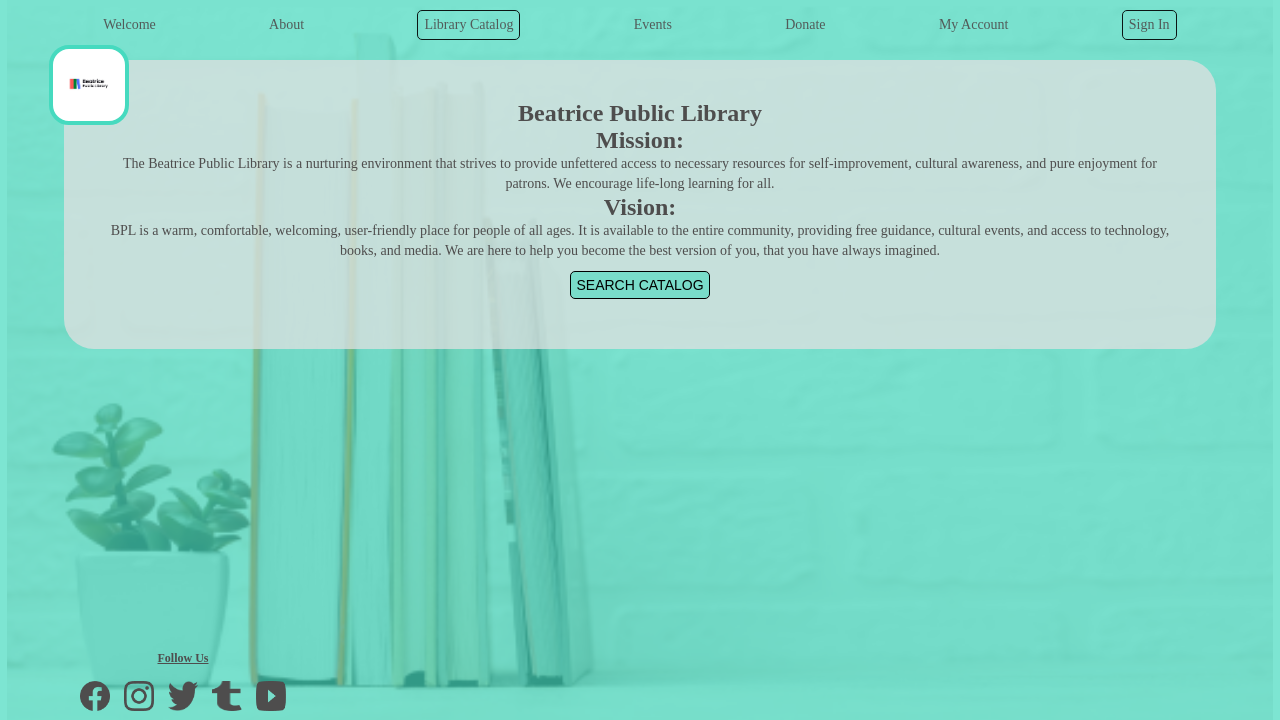
Repository: cokoduwa/RA-Wk5-Library
Page: about.html
The author's editor kept a copy of each file at every save. The page is drawn from the files as they stood at one save, then again after the next save.
The browser window is 1280 px wide. The pictures show the whole page.

Above is the page before, as saved 2023-01-26 20:33:01.

### about.html
<!DOCTYPE html>
<html lang="en">
<head>
    <meta charset="UTF-8">
    <meta http-equiv="X-UA-Compatible" content="IE=edge">
    <meta name="viewport" content="width=device-width, initial-scale=1.0">
    <link rel="stylesheet" href="about.css">
    <title>About The Library</title>
</head>
<body>

    <div class="back-img-2">
        <div class="back-color">
            <nav>
                <div class="menu-options">
                    <a href="index.html">Welcome</a>
                    <a href="#">About</a>
                    <a class="nav-link" href="#">Library Catalog</a>
                    <a href="#">Events</a>
                    <a href="#">Donate</a>
                    <a href="#">My Account</a>
                    <a class="nav-link" href="signin.html">Sign In</a>
                </div>
            </nav>

            <main>
                <div class="sections">

                    <section id="about" class="card">
                        <img id="logo" src="images/BPLcanvaLogo.jpeg" alt="BPL Logo">

                            <h1>Beatrice Public Library</h1>

                            <h2>Mission:</h2>
                            <p>The Beatrice Public Library is a nurturing environment that strives to provide unfettered
                                access to necessary resources for self-improvement, cultural awareness, and pure enjoyment
                                for patrons. We encourage life-long learning for all.</p>

                            <h2>Vision:</h2>
                            <p>BPL is a warm, comfortable, welcoming, user-friendly place for people of all ages. It is
                                available to the entire community, providing free guidance, cultural events, and access to
                                technology, books, and media. We are here  to help you become the best version of you, that
                                you have always imagined.</p>

                            <button>SEARCH CATALOG</button>

                        </section>

                </div>

            </main>

            <footer id="footer">
                <h3>Follow Us</h3>
                <img class="social-media-logos" src="images/facebook.png" alt="Facebook Logo">
                <img class="social-media-logos" src="images/instagram.png" alt="Instagram Logo">
                <img class="social-media-logos" src="images/twitter.png" alt="Twitter Logo">
                <img class="social-media-logos" src="images/tumblr.png" alt="Tumblr Logo">
                <img class="social-media-logos" src="images/youtube.png" alt="YouTube Logo">
            </footer>

        </div>

    </div>

</body>
</html>

### about.css
*{
    padding:0;
    margin:0;
    box-sizing: border-box;
}

body {
    color: #4E4D4D;
    font-family: 'Arial Rounded MT Bold';
    width: 100%;
}

.back-color {
    background-color: rgb(70, 218, 191, 0.7);
    height: 100vh;
}

.back-img-2 {
    height: 100%;
    background-position: center;
    background-size: contain;
    background-image: url("images/books-plant.png");
    background-repeat: no-repeat;

}

/****** Navigation Bar/Menu for all pages ******/
.menu-options{
    display: flex;
    justify-content: space-evenly;
    align-items: center;
    gap: 10px;
    opacity: 0.9;
    padding:10px 0;
}

nav a {
    text-decoration: none;
    color: #4E4D4D;
    font-size: 8px;
}
.nav-link {
    border-radius: 5px;
    border: 1px solid black;
    padding: 6px;
}

/***** Main Sections ******/
.sections {
    width: 90%;
    margin: 0 auto;

}

.card {
    background-color: rgba(224, 224, 224, 0.75);
    position: relative;
    border-radius: 30px;
    margin: 50px 0;
}


/****** First Section - Intro ******/

#about {
    text-align: center;
    padding: 40px;
    margin: 10px auto;
}

/* #about {
    display: flex;
    flex-direction: column;
    justify-content: center;
    align-items: center;
    padding: 0px;
    gap: 20px;
    position: absolute;
    text-align: center;
} */

#about p {
    padding: 10px auto;
    font-size: 12px;
    line-height: 20px;
}

#about h2 {
    font-size: 14px;
}

#about button {
    font-size: 12px;
    padding: 5px;
    margin: 10px auto;
    background-color: rgb(70, 218, 191, 0.6);
    border-radius: 5px;
    border: solid 1px;
}

.intro-img {
    border-radius: 30px;
    border: 4px solid #46DABF;
    width: 60%;
    margin: 10px;
}

#logo {
    width: 80px;
    height: 80px;
    border-radius: 20px;
    border: 4px solid #46DABF;
    padding: 10px;
    position: absolute;
    top: -15px;
    left: -15px;
    background-color: white;
}

#logo img {
    width: 100%;
}



/****** Footer for all pages ******/

footer {
    text-align: center;
    margin: 0 auto;
    padding: 0 75px;
}

footer h3 {
    font-size: 12px;
    text-decoration: underline;
    padding: 10px;
}

#footer {
    position: absolute;
    bottom: 0;
}

.social-media-logos{
    width: 2.5em;
    height: 2.5em;
    padding: .3em;
}


/***** Media Queries *****/

/* Medium devices (landscape tablets, 768px and up) */
@media only screen and (min-width: 768px) {
    nav a {
        font-size: 14px;
    }

    #about p {
        font-size: 16px;
    }

    #about h2 {
        font-size: 18px;
    }

}

/* Large devices (laptops/desktops, 992px and up) */
@media only screen and (min-width: 992px) {

    #about p {
        font-size: 14px;
    }

    #about h2 {
        font-size: 24px;
    }

    #about button {
        font-size: 14px;
    }
}

After the next save:
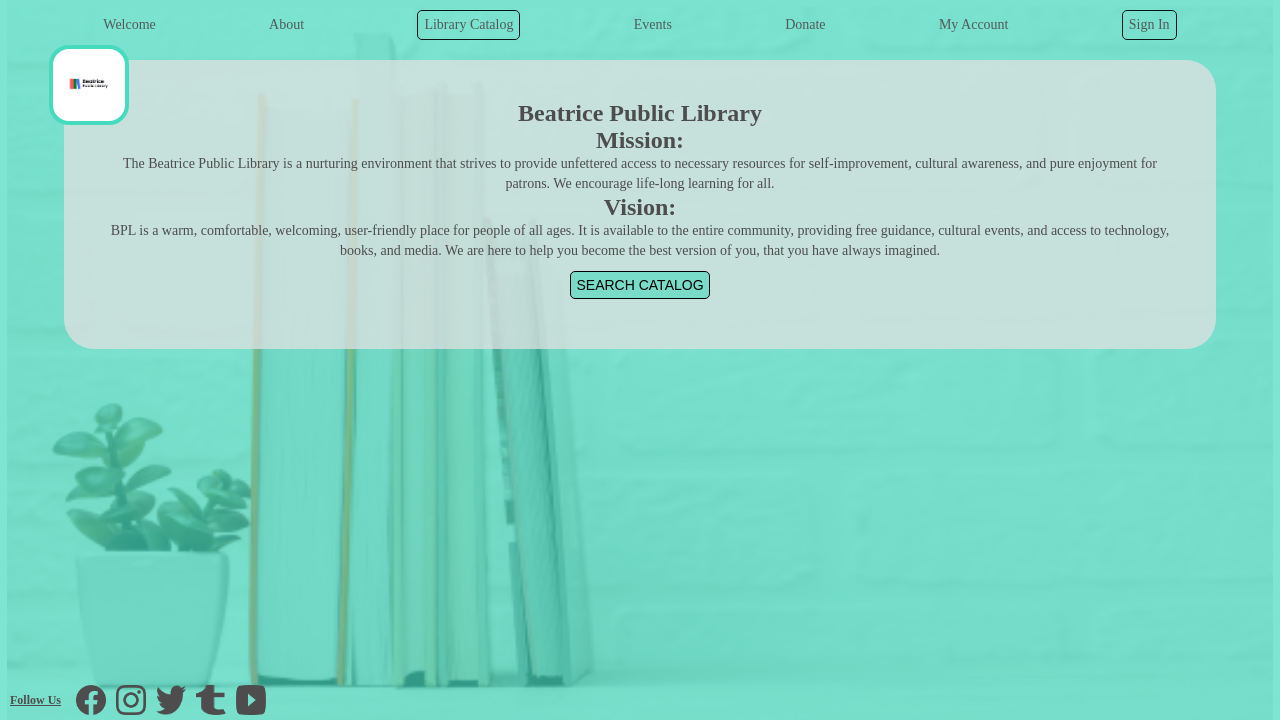
Saved 70 s later.
--- a/about.css
+++ b/about.css
@@ -128,7 +128,10 @@
 footer {
     text-align: center;
     margin: 0 auto;
-    padding: 0 75px;
+    padding: 0;
+    display: flex;
+    justify-content: center;
+    align-items: center;
 }
 
 footer h3 {
